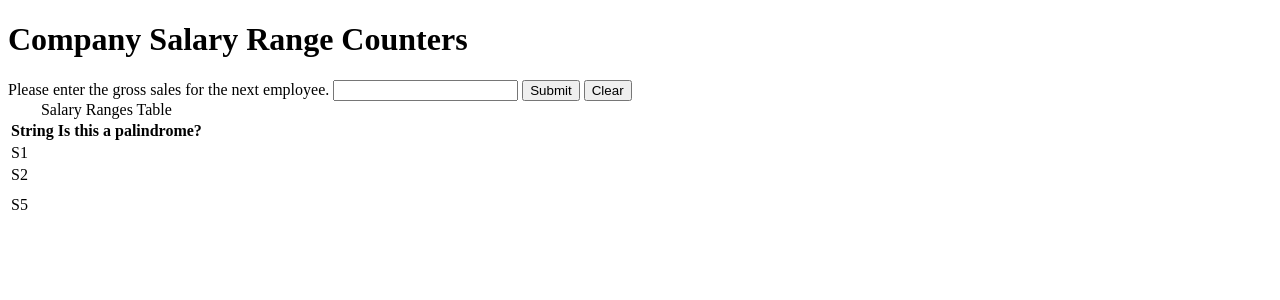
Repository: mlmEFSC21/P18-Palindrome-Table
Page: palindrome.html
An editor plug-in stored every save of this project. The page is shown before and after the next save, followed by the edit.
The browser window is 1280 px wide. The pictures show the whole page.

Above is the page before, as saved 2022-04-03 17:11:34.

After the next save:
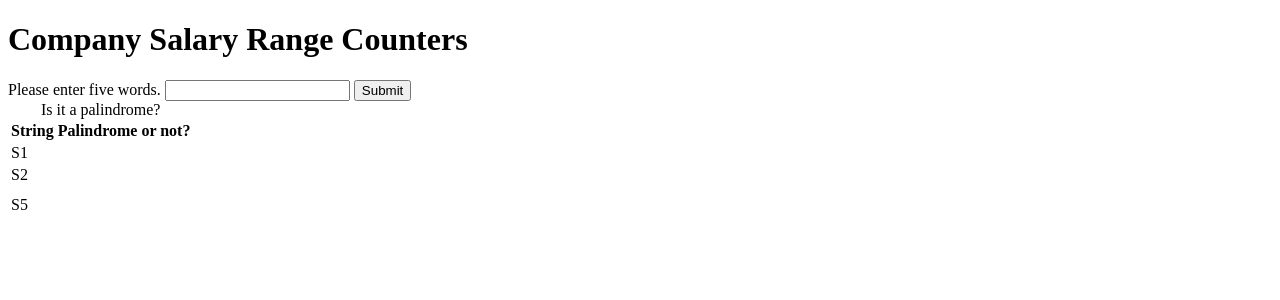
Saved 89 s later.
--- a/palindrome.html
+++ b/palindrome.html
@@ -13,23 +13,20 @@
         <div class="mainContent">
             <div class="formContainer" id="formContainer">
                 <form class="salaryForm" id="salaryForm">
-                    <label for="salesInp"
-                        >Please enter the gross sales for the next employee.</label
-                    >
+                    <label for="salesInp">Please enter five words.</label>
                     <input type="text" name="salesInp" class="salesInp" id="salesInp" required />
                     <button type="submit" class="submit-btn" id="submit-btn">Submit</button>
-                    <button type="reset" class="clear-btn" id="clear-btn">Clear</button>
                 </form>
             </div>
             <div class="tableContainer" id="tableContainer">
                 <table>
                     <caption>
-                        Salary Ranges Table
+                        Is it a palindrome?
                     </caption>
                     <thead>
                         <tr>
                             <th>String</th>
-                            <th>Is this a palindrome?</th>
+                            <th>Palindrome or not?</th>
                         </tr>
                     </thead>
                     <tbody>
